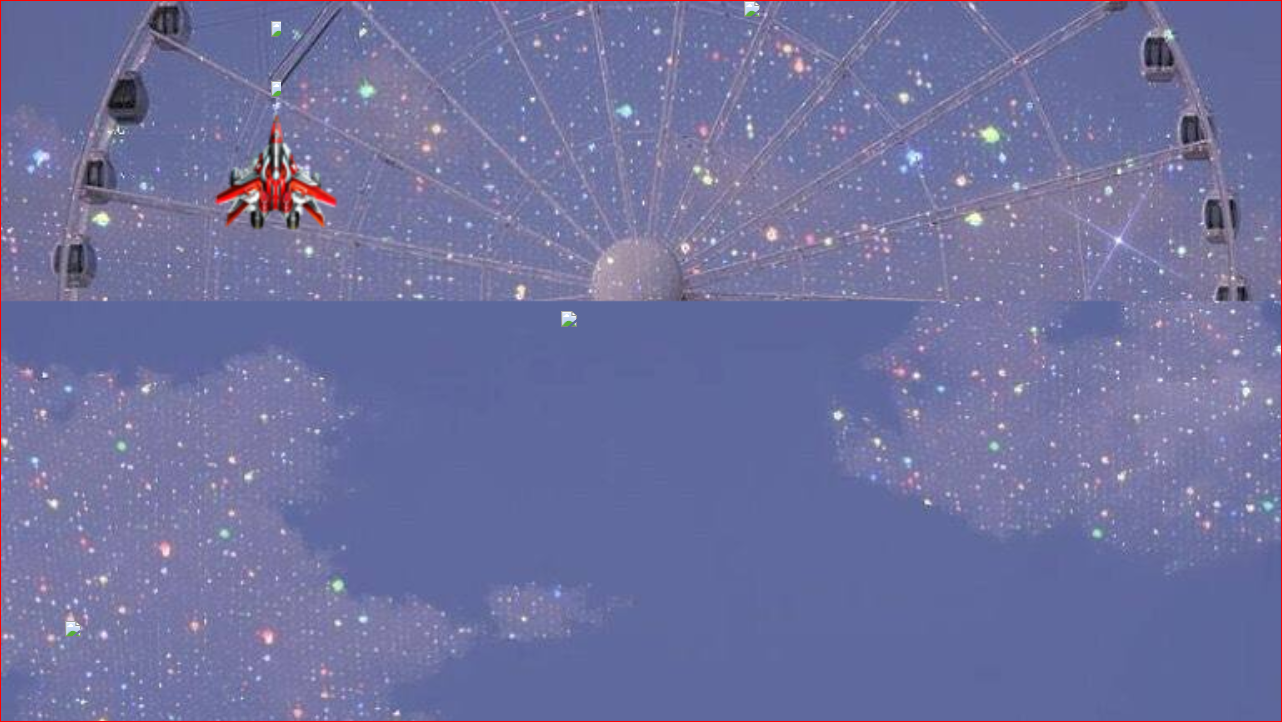
Repository: JHShawlin/DEMO
Page: index.html
The author's editor kept a copy of each file at every save. The page is drawn from the files as they stood at one save, then again after the next save.
The browser window is 1280 px wide. The page is 1282 px wide, so the pictures cover 1282 px, including what lies to the right of the window. The pictures show the whole page.

Above is the page before, as saved 2021-12-28 16:37:42.
Not found: img/bullet1.png
Not found: img/enemy1.png

After the next save:
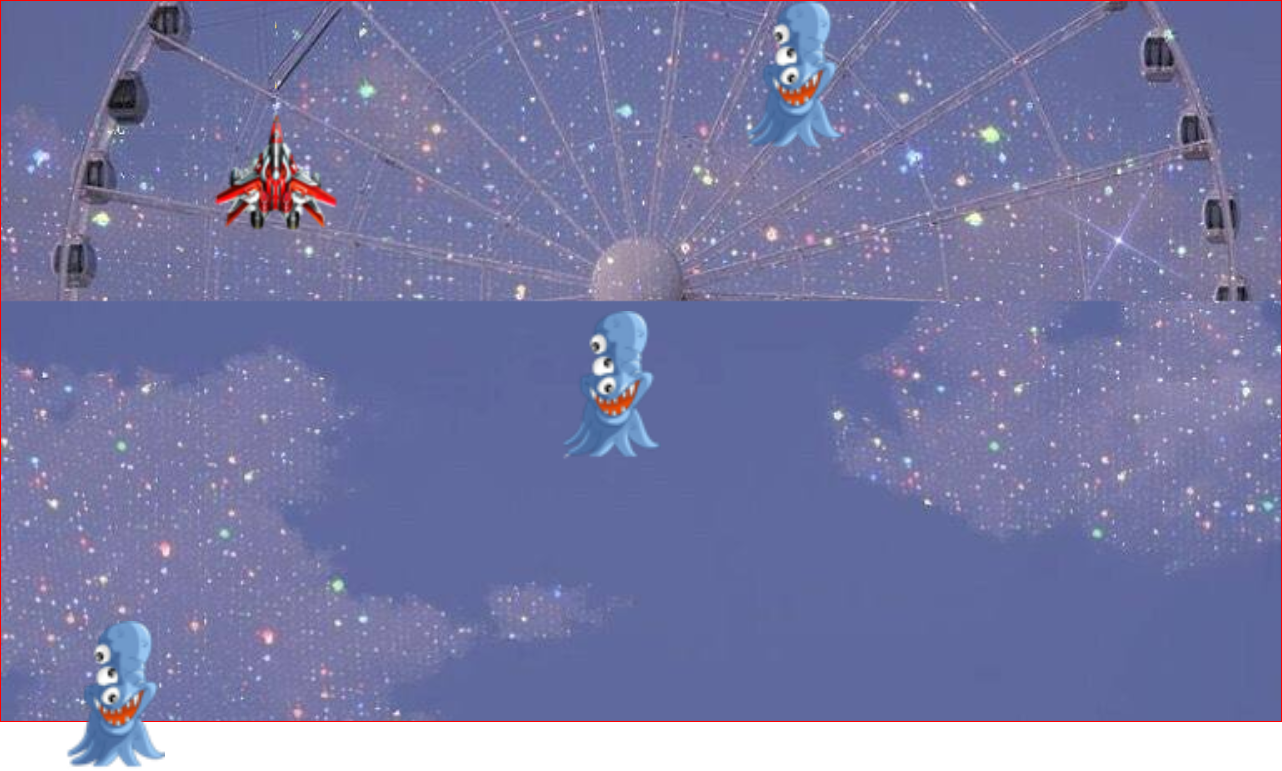
Saved 1 s later.
--- a/index.js
+++ b/index.js
@@ -26,7 +26,7 @@
     // 生成子弹元素
     var bullet = document.createElement('img');
     // 设置子弹图片
-    bullet.src = "./img/bullet1.png";
+    bullet.src = "./img/bullet.png";
     // 这是子弹样式
     bullet.setAttribute('class', 'bullet');
     // 设置子弹位置，在飞机头部中间位置发射
@@ -84,17 +84,11 @@
 
 // 10. 生成敌机
 function makeEnemy() {
-    // 生成子弹元素
     var enemy = document.createElement('img');
-    // 设置子弹图片
-    enemy.src = "./img/enemy1.png";
-    // 这是子弹样式
+    enemy.src = "./img/monster.png";
     enemy.setAttribute('class', 'enemy');
-    // 设置子弹位置，在飞机头部发射
     enemy.style.left = Math.random() * scene.offsetWidth - 100 + 'px';
     enemy.style.top = '0px';
-
-    // 把子弹添加到页面上
     warLayer.appendChild(enemy);
 }
 
